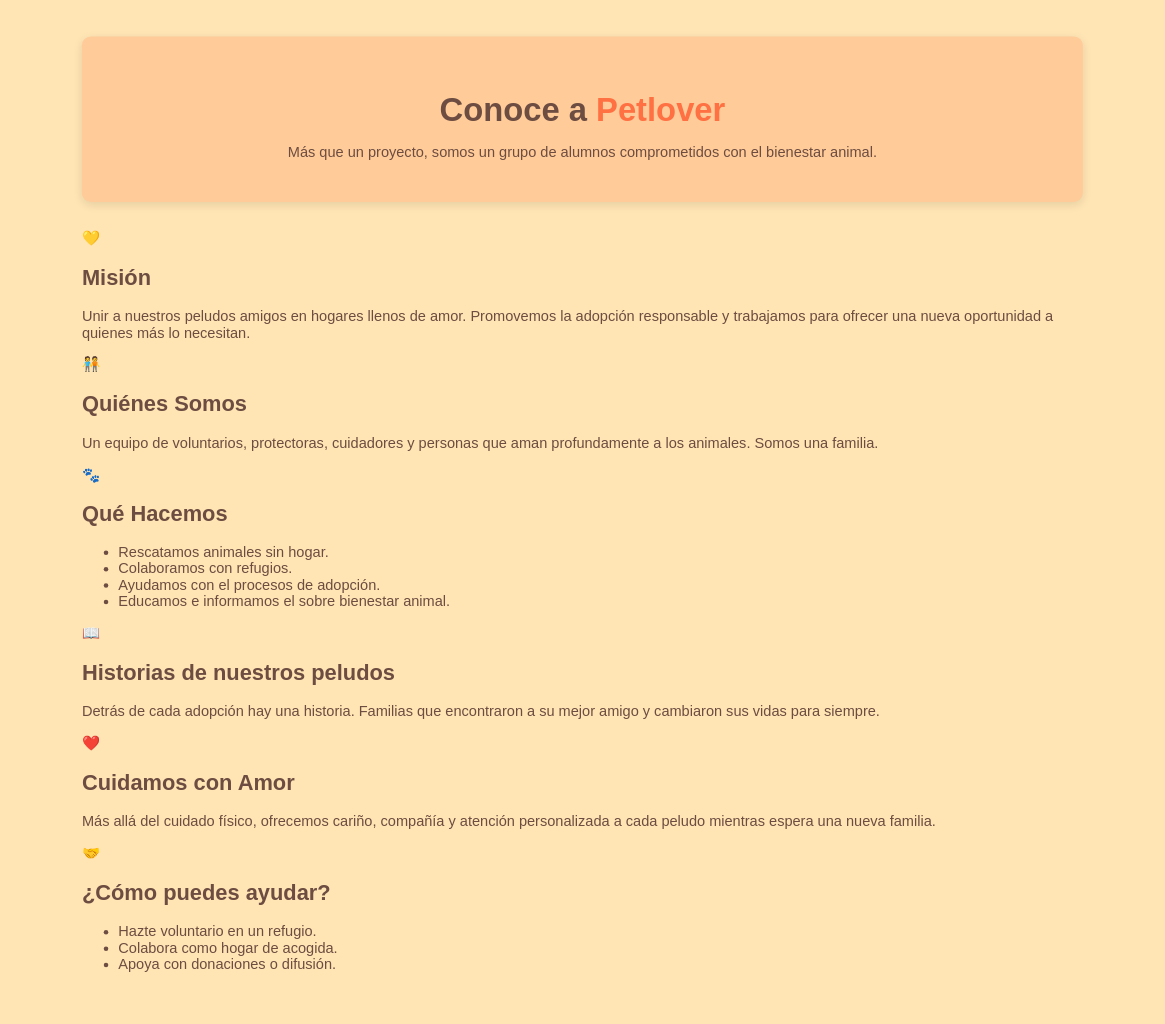
Repository: adriarodrisan/PetLover
Page: Paginas_web/SobreNosotros.html
An editor plug-in stored every save of this project. The page is shown before and after the next save, followed by the edit.
The browser window is 1280 px wide. The pictures show the whole page, at 91% of full size.

Above is the page before, as saved 2025-03-20 14:59:37.

After the next save:
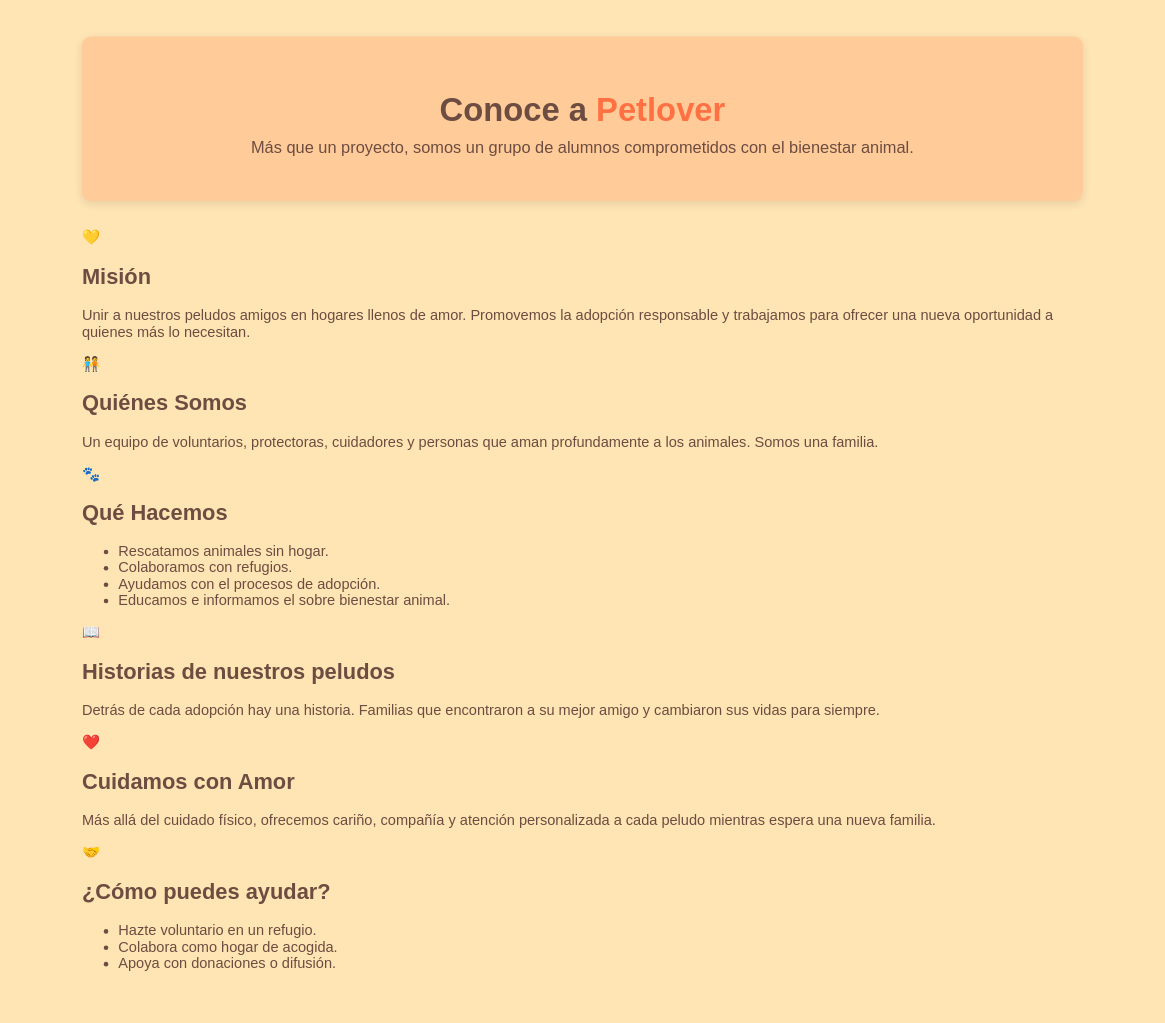
Saved 23 s later.
--- a/Css_Paginas/SobreNosotros.css
+++ b/Css_Paginas/SobreNosotros.css
@@ -25,3 +25,8 @@
   .encabezado-nosotros .marca {
     color: #FF7043;
   }
+  .encabezado-nosotros p {
+    font-size: 18px;
+    margin-top: 10px;
+    color: #6D4C41;
+  }
